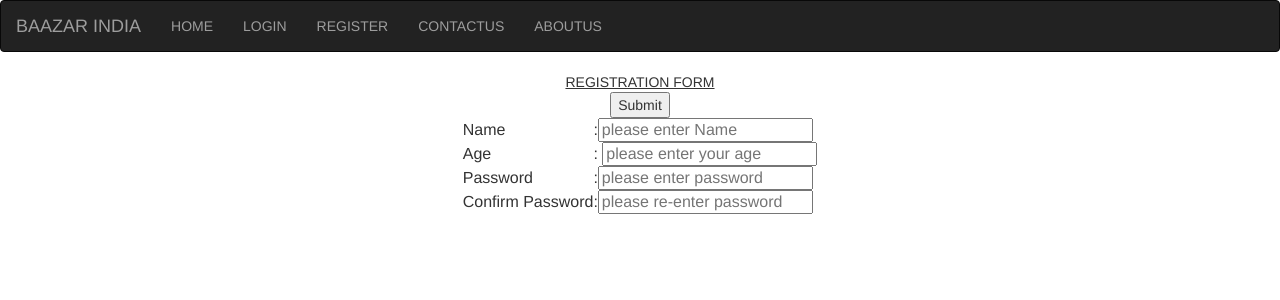
Repository: Apoorva126/Project
Page: http://localhost/FrontEndBaazarIndia/WEB-INF/views/Register.jsp
An editor plug-in stored every save of this project. The page is shown before and after the next save, followed by the edit.
The browser window is 1280 px wide. The pictures show the whole page.
Some web libraries are served in a nearby version. The page is served by Tomcat 9. Nobody is signed in. Other server files are loaded and not shown. The template is opened directly, without the code that normally fills it, so the values that code supplies are empty.

Above is the page before, as saved 2019-02-06 14:36:17.
Console error (its wording comes from the project's code and is left out).

### FrontEndBaazarIndia/src/main/webapp/WEB-INF/views/Register.jsp
<%@ page language="java" contentType="text/html"%>
<%@include file="Header.jsp"%>

<html>
<head>
<title>Signup</title>

</head>
<body>
<center><u>REGISTRATION FORM</u>
<form>
<table>
<tr><td>Name </td> <td>:<input type="text" placeholder="please enter Name"/></td></tr>
<tr><td>Age </td> <td>: <input type="number" placeholder="please enter your age"/></td></tr>
<tr><td>Password   </td> <td>:<input type="password" placeholder="please enter password"></td></tr>
<tr><td>Confirm Password   </td> <td>:<input type="password" placeholder="please re-enter password"></td></tr>

<button type="submit" form="form1" value="Submit">Submit</button>

</table>
</form>
</center>


</body>
</html>

### FrontEndBaazarIndia/src/main/webapp/WEB-INF/views/Header.jsp
<%@ page language="java" contentType="text/html"%>
<%@taglib uri="http://java.sun.com/jsp/jstl/core" prefix="c" %>
<html>
<head>
<meta http-equiv="Content-Type" content="text/html"%>
<title>${pageinfo}Baazar India</title>
<meta name="viewport" content="width=device-width, initial-scale=1">
<link rel="stylesheet" href="https://maxcdn.bootstrapcdn.com/bootstrap/3.3.7/css/bootstrap.min.css">
<script src="https://maxcdn.bootstrapcdn.com/bootstrap/3.3.7/js/bootstrap.min.js" ></script>
<script src="https://ajax.googleapis.com/ajax/libs/jquery/3.2.0/jquery.min.js"></script>
<link rel="stylesheet" type="text/css" href="main.css">
</head>


<body>
<nav class="navbar navbar-inverse">
  <div class="container-fluid">
    <div class="navbar-header">
      <a class="navbar-brand" href="#">BAAZAR INDIA</a>
 </div>

    <ul class="nav navbar-nav">
      <li><a href="home">HOME</a></li>
      <li><a href="login">LOGIN</a></li>
      <li><a href="register">REGISTER</a></li>
      <li><a href="contactus">CONTACTUS</a></li>
      <li><a href="aboutus">ABOUTUS</a></li>
     </ul>

     </div>
     </nav>
     </body>
     </html>

Loaded but not shown: FrontEndBaazarIndia/src/main/webapp/WEB-INF/views/Main.css (no copy from this time; the picture is the same without it)

After the next save:
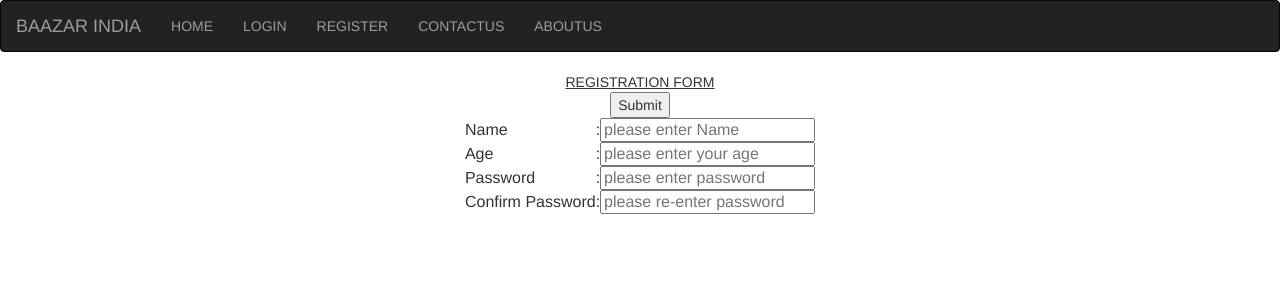
Saved 21 s later.
--- a/FrontEndBaazarIndia/src/main/webapp/WEB-INF/views/Register.jsp
+++ b/FrontEndBaazarIndia/src/main/webapp/WEB-INF/views/Register.jsp
@@ -11,7 +11,7 @@
 <form>
 <table>
 <tr><td>Name </td> <td>:<input type="text" placeholder="please enter Name"/></td></tr>
-<tr><td>Age </td> <td>: <input type="number" placeholder="please enter your age"/></td></tr>
+<tr><td>Age </td> <td>:<input type="number" placeholder="please enter your age"/></td></tr>
 <tr><td>Password   </td> <td>:<input type="password" placeholder="please enter password"></td></tr>
 <tr><td>Confirm Password   </td> <td>:<input type="password" placeholder="please re-enter password"></td></tr>
 
